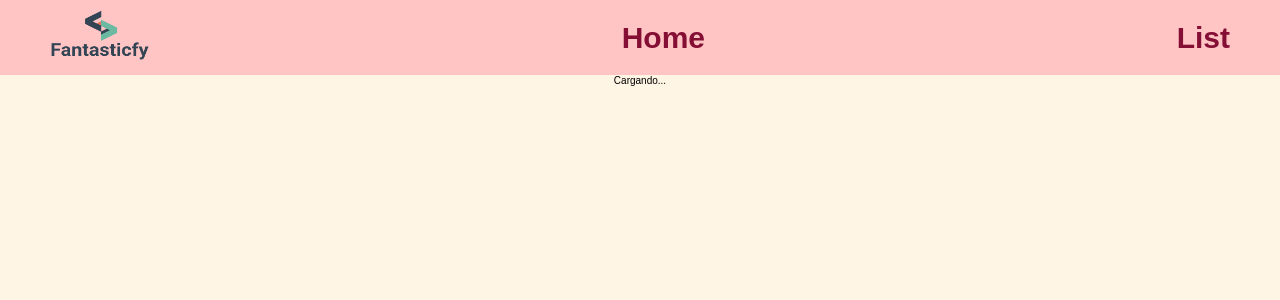
Repository: ChristianGecchelin/fullstack-react-node-fantasticfy
Page: /user-list (app in front/)
An editor plug-in stored every save of this project. The page is shown before and after a run of saves, followed by the edit.
The browser window is 1280 px wide. The pictures show the whole page.
The page's requests for data from a server got no answer. The project was rebuilt for these pictures with package versions that can differ from the ones it lists, and the page was loaded fresh each time. No one was signed in, and anything a server would have sent is missing. Also part of the build but not shown: front/src/Components/UserCard/index.css, front/src/Components/UserCard/index.jsx, front/src/Pages/UserProfile.jsx, front/src/App.css.

Above is the page before, as saved 2022-09-05 15:09:52.

### front/src/index.css
:root{
  --main-color:#FFF5E4;
  --secondary-color:#FFC4C4;
  --third-color:#EE6983;
  --fourth-color:#850E35;
}
* {
  margin: 0;
  padding: 0;
  box-sizing: border-box;
}
html {
  font-size: 62.5%;
  font-family: sans-serif;
}
html,body{
  background-color:var(--main-color)
}
ul{
  list-style: none;
}
a{
  text-decoration: none;
}

### front/src/App.js
import { Routes, Route, Link } from "react-router-dom";
import { UserList } from "./Pages/UserList";
import { UserProfile } from "./Pages/UserProfile";
import { Nav } from "./Components/nav/Nav";
import "./App.css";

function App() {
  return (
    <div className="App">
      <Nav />
      <Routes>
        <Route path="/user-list" element={<UserList />} />
        <Route path="/user-profile/:id" element={<UserProfile />} />
      </Routes>
    </div>
  );
}

export default App;

### front/src/Pages/UserList.jsx
import { useEffect, useState } from "react";
import axios from "axios";
import { UserCard } from "../Components/UserCard";
import "./index.css";
export const UserList = () => {
  const [list, setList] = useState([]);
  const [genderArray, setGenderArray] = useState([]);

  const getGenderArray = () => {
    if (list) {
      const genders = list.map((user) => {
        return user.gender;
      });
      let result = genders.filter((item, index) => {
        return genders.indexOf(item) === index;
      });
      setGenderArray(result);
    }
  };
  const getUsers = async () => {
    const response = await axios.get("http://localhost:5005/users");
    setList(response.data);
  };

  useEffect(() => {
    getUsers();
  }, []);

  useEffect(() => {
    getGenderArray();
  }, [list]);

  return (
    <section className="card-list">
      <div>
        {/* <input
          type="text"
          value={this.state.value}
          onChange={this.handleChange}
        />
        <select value={this.state.value} onChange={this.handleChange}>
          <option value="grapefruit">Grapefruit</option>
          <option value="lime">Lime</option>
          <option value="coconut">Coconut</option>
          <option value="mango">Mango</option>
        </select> */}
      </div>
      {list.length > 0 ? (
        list.map((user) => {
          return <UserCard key={user.id} user={user} />;
        })
      ) : (
        <p>Cargando...</p>
      )}
    </section>
  );
};

### front/src/Components/nav/Nav.jsx
import React from "react";
import { Link } from "react-router-dom";
import logo from "../../Assets/logo-fantasticfy.webp";
import "./index.css";
export const Nav = () => {
  return (
    <nav>
      <ul>
        <li>
          <Link to="/">
            <img src={logo} alt="fantasticfy" />
          </Link>
        </li>
        <li>
          <Link to="/">
            <h2>Home</h2>
          </Link>
        </li>
        <li>
          <Link to="/user-list">
            <h2>List</h2>
          </Link>
        </li>
      </ul>
    </nav>
  );
};

### front/src/Pages/index.css
.card-list{
    display: flex;
    flex-direction: row;
    flex-wrap: wrap;
    justify-content: center;
    align-items: center;
}
.section-relatedUsers{
    display: flex;
    flex-direction: column;
    justify-content: center;
    align-items:center
}
.container-relatedUsers{
    display: flex;
    flex-direction: row;
    flex-wrap: wrap;
    justify-content: center;
    align-items:center
}

### front/src/Components/nav/index.css
nav{
    height: auto;
    background-color: var(--secondary-color);
}
nav ul{
    display: flex;
    flex-direction: row;
    justify-content: space-between;
    align-items: center;
    padding: 10px 50px;
}
nav a{
    font-size: 2rem;
    line-height: 2.3rem;
    color: var(--fourth-color);
}
nav img{
    width: 100px;
    height: 50px;
}
nav a:visited{
    color: var(--fourth-color);
}

Loaded but not shown: front/public/index.html (common file); front/src/index.js (common file)

After the next 2 saves:
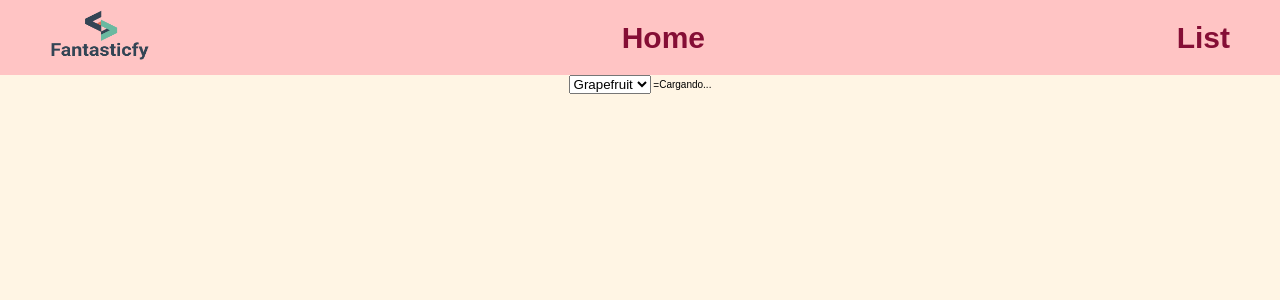
The 2 saves are shown as one change because 1 did not build or start.
The last was saved 115 s later.
--- a/front/src/Pages/UserList.jsx
+++ b/front/src/Pages/UserList.jsx
@@ -5,6 +5,7 @@ import "./index.css";
 export const UserList = () => {
   const [list, setList] = useState([]);
   const [genderArray, setGenderArray] = useState([]);
+  const [selectValue, setSelectValue] = useState("");
 
   const getGenderArray = () => {
     if (list) {
@@ -20,6 +21,9 @@ export const UserList = () => {
   const getUsers = async () => {
     const response = await axios.get("http://localhost:5005/users");
     setList(response.data);
+  };
+  const handleChangeSelect = () => {
+    setSelectValue(selectValue);
   };
 
   useEffect(() => {
@@ -37,13 +41,14 @@ export const UserList = () => {
           type="text"
           value={this.state.value}
           onChange={this.handleChange}
-        />
-        <select value={this.state.value} onChange={this.handleChange}>
+  />*/}
+        <select value={selectValue} onChange={handleChangeSelect}>
           <option value="grapefruit">Grapefruit</option>
           <option value="lime">Lime</option>
           <option value="coconut">Coconut</option>
           <option value="mango">Mango</option>
-        </select> */}
+        </select>{" "}
+        =
       </div>
       {list.length > 0 ? (
         list.map((user) => {
